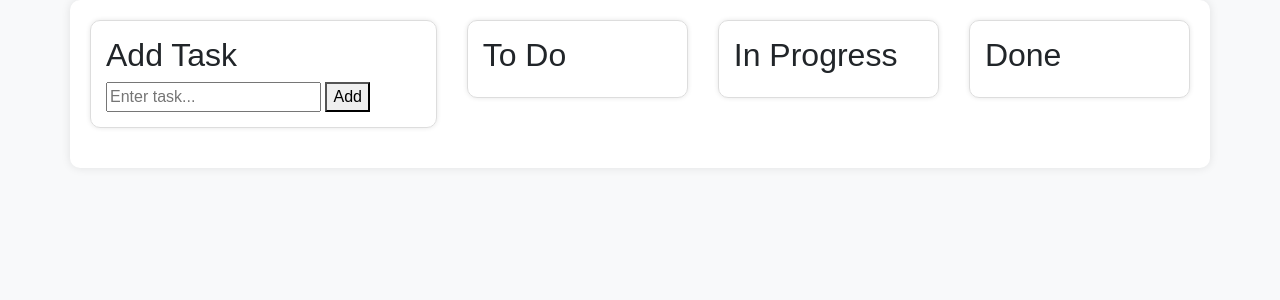
Repository: ZakariaZhlat125/test-rar-it
Page: http://localhost/
An editor plug-in stored every save of this project. The page is shown before and after the next save, followed by the edit.
The browser window is 1280 px wide. The pictures show the whole page.
Some web libraries are served in a nearby version. The page is run by PHP 8.4 with error messages shown; the project is at /var/www/html/. The database holds what the project's SQL file puts in it.

Above is the page before, as saved 2024-03-01 23:12:58.

After the next save:
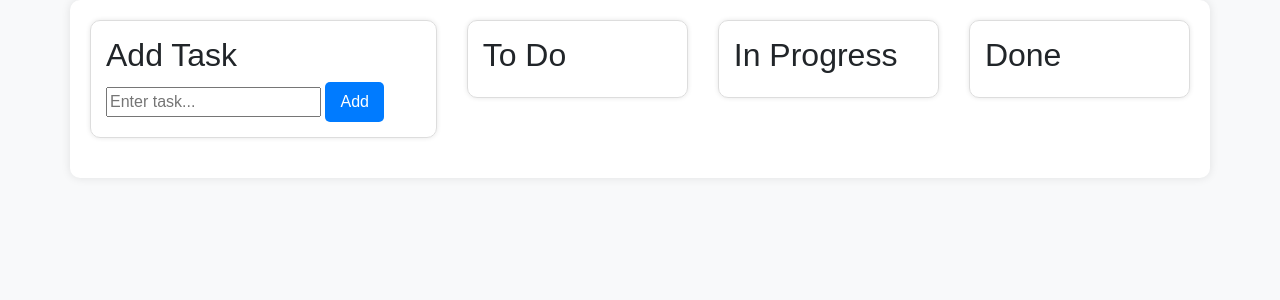
Saved 11 s later.
--- a/styles.css
+++ b/styles.css
@@ -30,3 +30,16 @@ body {
   margin-bottom: 20px;
   box-shadow: 0 0 5px rgba(0, 0, 0, 0.1); /* Subtle box shadow */
 }
+
+button {
+  background-color: #007bff; /* Bootstrap primary color */
+  color: #ffffff;
+  border: none;
+  padding: 8px 15px;
+  border-radius: 5px;
+  cursor: pointer;
+}
+
+button:hover {
+  background-color: #0056b3; /* Darker shade on hover */
+}
